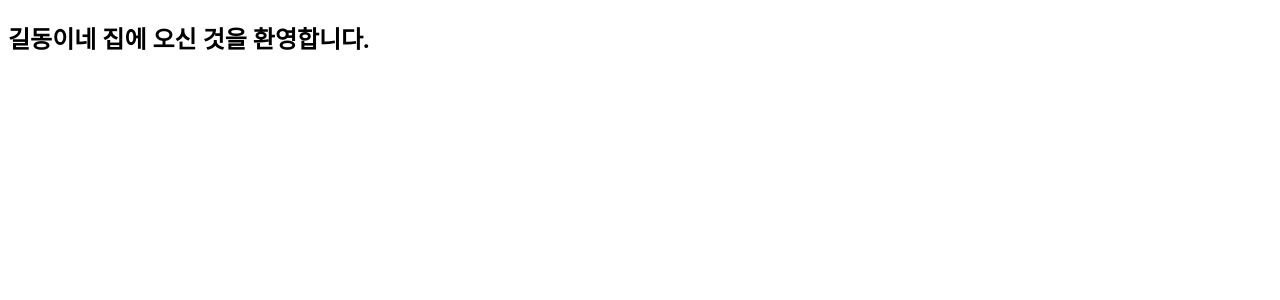
Repository: asfsdw/springBoot
Page: demo1/src/main/resources/static/index.html
These files come from the project's save history. The page is drawn as it stood at one moment and after the next save; the edit follows.
The browser window is 1280 px wide. The pictures show the whole page.

Above is the page before, as saved 2025-10-29 08:29:59.

After the next save:
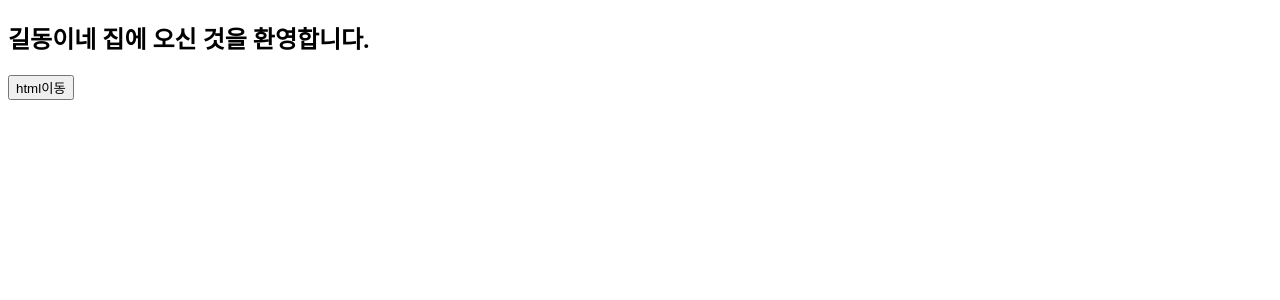
Saved 19 s later.
--- a/demo1/src/main/resources/static/index.html
+++ b/demo1/src/main/resources/static/index.html
@@ -6,5 +6,6 @@
 </head>
 <body>
 	<h2>길동이네 집에 오신 것을 환영합니다.</h2>
+	<input type="button" value="html이동" onclick="location.href='localhost:9091/'" />
 </body>
 </html>
